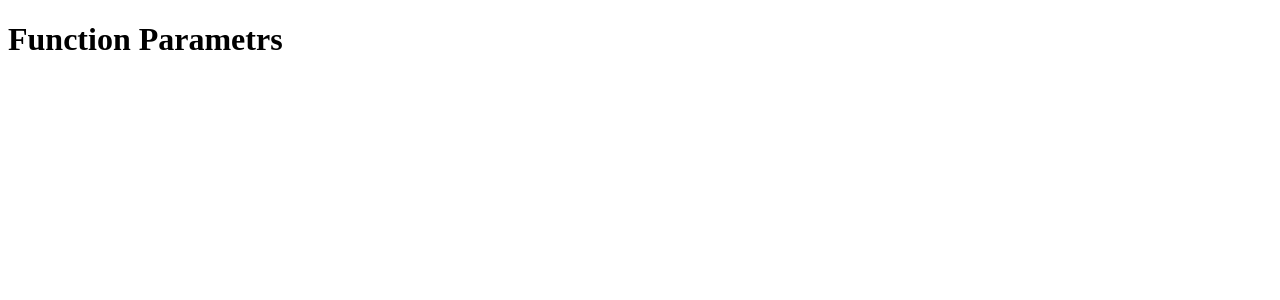
Repository: jamalissef-glitch/exercise1-JS
Page: Exercise5/index.html
These files come from the project's save history. The page is drawn as it stood at one moment and after the next save; the edit follows.
The browser window is 1280 px wide. The pictures show the whole page.

Above is the page before, as saved 2026-07-08 16:25:31.

### Exercise5/index.html
<!DOCTYPE html>
<html lang="en">

<head>
 <meta charset="UTF-8">
 <meta name="viewport" content="width=device-width, initial-scale=1.0">
 <title>Function PArametrs</title>
</head>

<body>
 <script src="./main.js"></script>
 <h1>Function Parametrs</h1>

</body>

</html>

### Exercise5/main.js

// function greet(name) {

// //  console.log('Hello ' + name);

// // }

// // greet("Jamal");
// // greet("Ahlam");
// // greet("Asha");
// // greet("Amiir");
// // greet("Farah");


// function calculateTotal(price, quantity) {

//  console.log(price * quantity);
// }

// calculateTotal;(4, 10);



// calculateTotal(2, 10);
// calculateTotal(5, 5);
// calculateTotal(4, 2);
// calculateTotal(6, 8);


// function calculateTotal(price,quantity) {
//  return price * quantity;
// }

// let total = calculateTotal(5, 6);
// console.log("Total price is:$" + total);



// return fucntion


// function add(a, b) {
//  // console.log(a + b);
//  return a + b;
// }

// let result = add(6, 8);

// console.log(result / 2);


// function exparesion

// const greet = function () {
//  console.log("Hello World!");
// }

// greet();


const add = function(a,b) {
 return a * b;
}

let result = add(6, 8);

console.log(result / 2);

After the next save:
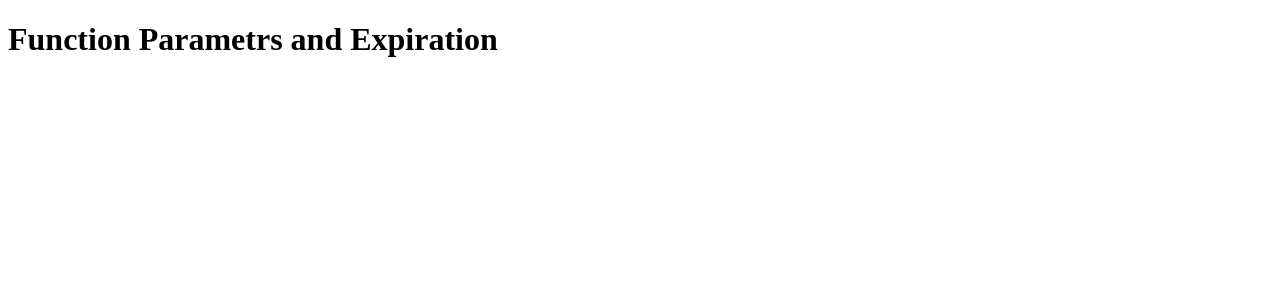
Saved 47 min 35 s later.
--- a/Exercise5/index.html
+++ b/Exercise5/index.html
@@ -9,7 +9,7 @@
 
 <body>
  <script src="./main.js"></script>
- <h1>Function Parametrs</h1>
+ <h1>Function Parametrs and Expiration</h1>
 
 </body>
 
